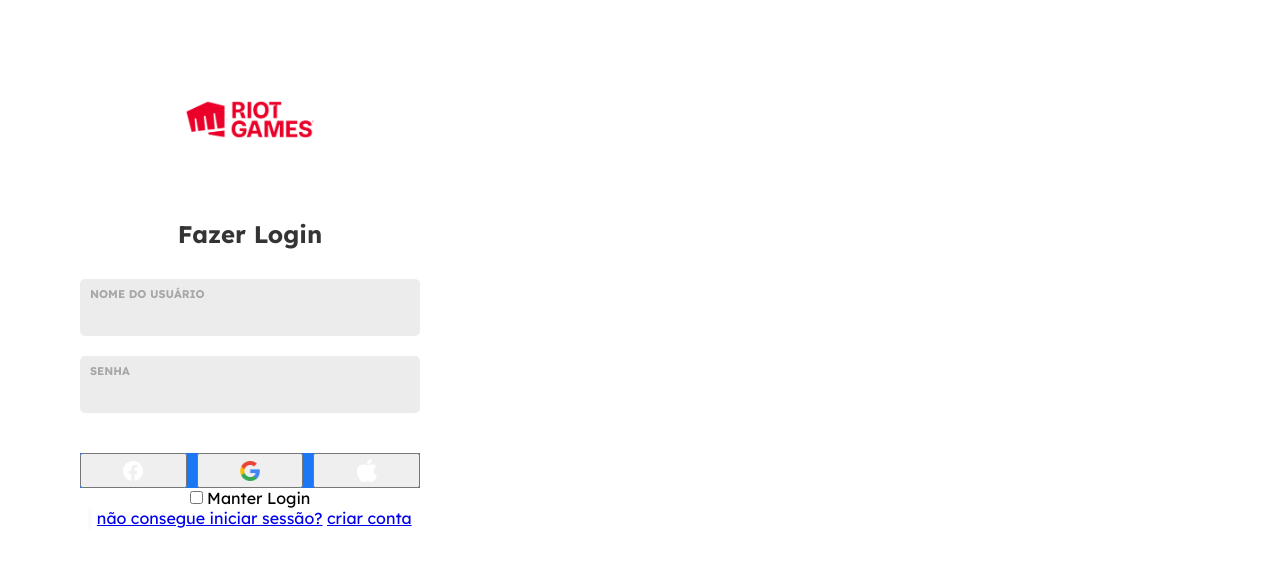
Repository: guilhermecardoso93/lolpage
Page: index.html
These files come from the project's save history. The page is drawn as it stood at one moment and after the next save; the edit follows.
The browser window is 1280 px wide. The pictures show the whole page.

Above is the page before, as saved 2022-06-11 21:22:55.

### index.html
<!DOCTYPE html>
<html lang="pt-BR">
  <head>
    <meta charset="UTF-8" />
    <meta http-equiv="X-UA-Compatible" content="IE=edge" />
    <link rel="shortcut icon" href="favicon.ico" type="image/x-icon" />
    <meta name="viewport" content="width=device-width, initial-scale=1.0" />
    <link rel="stylesheet" href="./style.css" />
    <title>League of Legends - Login</title>
  </head>
  <body>
    <main>
      <section class="login">
        <img src="./assets/logo.png" alt="Logo Riot Games" class="login_logo" />
        <h1 class="login_title">Fazer Login</h1>
        <label for="" class="login_label">
          <span class="span-active">nome do usuário</span>
          <input type="text" name="username" class="input" />
        </label>
        <label for="" class="login_label">
          <span  class="span-active">senha</span>
          <input type="password" name="password" class="input" />
        </label>
        <div class="login_icons">
          <button type="button" class="icons_button">
            <img src="./assets/facebook-icon.png" alt="facebook" />
          </button>
          <button type="button" class="icons_button">
            <img src="./assets/google-icon.png" alt="google" />
          </button>
          <button type="button" class="icons_button">
            <img src="./assets/apple-icon.png" alt="apple" />
          </button>
        </div>
        <label for="" class="login-label--checkbox">
          <input type="checkbox" class="input--checkout" />
          Manter Login
        </label>
        <div class="wrapper">
          <button type="button" class="login__button" disabled>
            <svg xmlns="http://www.w3.org/2000/svg" viewBox="0 0 448 512">
              <path
                d="M438.6 278.6l-160 160C272.4 444.9 264.2 448 256 448s-16.38-3.125-22.62-9.375c-12.5-12.5-12.5-32.75 0-45.25L338.8 288H32C14.33 288 .0016 273.7 .0016 256S14.33 224 32 224h306.8l-105.4-105.4c-12.5-12.5-12.5-32.75 0-45.25s32.75-12.5 45.25 0l160 160C451.1 245.9 451.1 266.1 438.6 278.6z"
              />
            </svg>
          </button>

          <a href="#" class="login__link">não consegue iniciar sessão?</a>
          <a href="#" class="login__link">criar conta</a>
        </div>
      </section>
      <section class="wallpaper"></section>
    </main>
  </body>
  <script src="./script.js"></script>
</html>

### style.css
@import url("https://fonts.googleapis.com/css2?family=Lexend+Deca:wght@300;400;500;600;700&display=swap");

* {
  margin: 0;
  padding: 0;
  box-sizing: border-box;
  font-family: "Lexend Deca", sans-serif;
}

:root {
  --white: #fff;
  --whitesmoke: #f9f9f9;
  --light-grey: #ececec;
  --grey: #c4c4c4;
  --medium-grey: #a7a7a7;
  --deep-grey: #343434;
  --black: #000000;
  --blue: #1b77f3;
  --red: #cf3c3f;
}

.login {
  display: flex;
  flex-direction: column;
  align-items: center;
  padding: clamp(35px, 8%, 80px);
  width: 100%;
  max-width: 500px;
  min-height: 100vh;
}

.login_logo {
  width: 130px;
  margin-bottom: 80px;
  margin-top: 20px;
}

.login_title {
  color: var(--deep-grey);
  font-size: 1.5rem;
  margin-bottom: 30px;
}

.login_label {
  display: block;
  margin-bottom: 20px;
  width: 100%;
}

.input {
  width: 100%;
  background-color: var(--light-grey);
  border: 2px solid rgba(0, 0, 0, 0);
  border-radius: 5px;
  outline: none;
  font-size: 0.9rem;
  padding: 25px 10px 10px;
  font-weight: 600;
  color: var(--deep-grey);
}

.login_label span {
  position: absolute;
  font-size: 0.8rem;
  font-weight: 700;
  text-transform: uppercase;
  color: var(--medium-grey);
  margin: 20px;
  cursor: text;
  transition: all 200 ease;
}

.input:focus {
  background-color: var(--whitesmoke);
  border: 2px solid var(--deep-grey);
}

.login_label .span-active {
  font-size: 0.7rem;
  margin: 8px 10px;
}

.login_icons{
  display: flex;
  gap:10px;
  width: 100%;
  margin-top: 20px;
  background-color: var(--blue);
}

.login_icons img{
  width: 20px;
}

.icons_button{
  width: 33%;
  display: flex;
  align-items: center;
  justify-content: center;
  height: 35px;
}

### script.js
const inputActive = document.querySelectorAll(".input");

const handleFocus = ({ target }) => {
  const span = target.previousElementSibling;
  span.classList.add("span-active");
};

const handleFocusout = ({ target }) => {
  if (target.value == "") {
    const span = target.previousElementSibling;
    span.classList.remove("span-active");
  }
};

inputActive.forEach((input) => input.addEventListener("focus", handleFocus));
inputActive.forEach((input) =>
  input.addEventListener("focusout", handleFocusout)
);

After the next save:
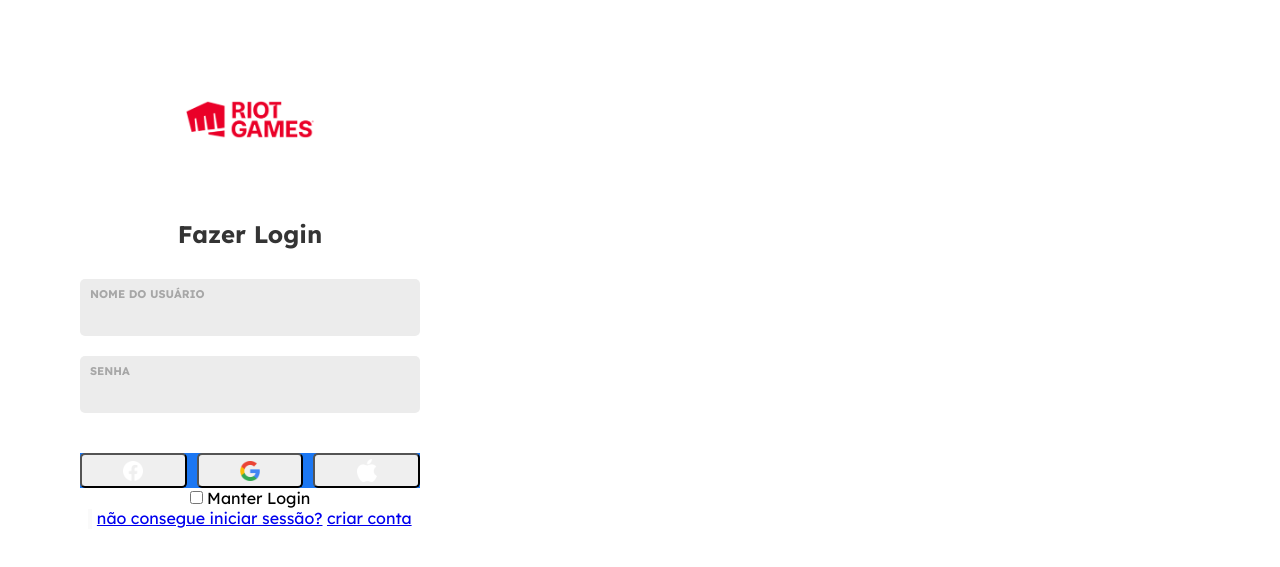
Saved 11 s later.
--- a/style.css
+++ b/style.css
@@ -98,4 +98,6 @@
   align-items: center;
   justify-content: center;
   height: 35px;
+  border-radius: 5px;
+  cursor: pointer;
 }
